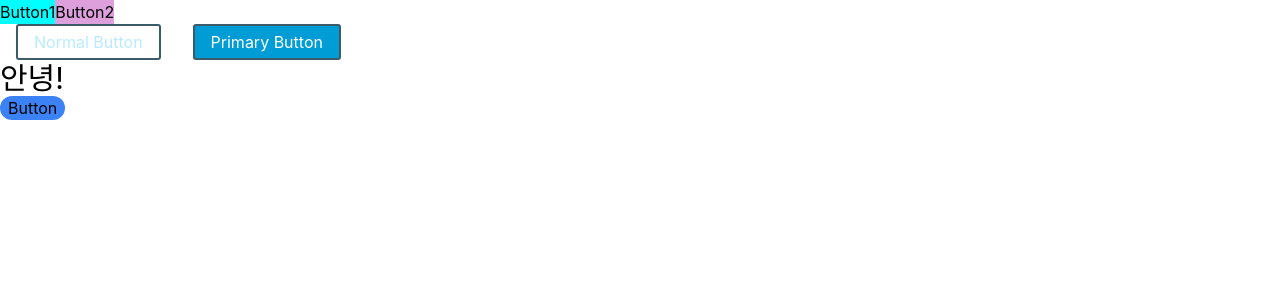
Repository: tjgus22/example-css
Page: /
These files come from the project's save history. The page is drawn as it stood at one moment and after the next save; the edit follows.
The browser window is 1280 px wide. The pictures show the whole page.
The project was rebuilt for these pictures with package versions that can differ from the ones it lists, and the page was loaded fresh each time. Also part of the build but not shown: src/App.css.

Above is the page before, as saved 2023-12-24 21:56:08.

### src/App.js
import './App.css';
import Button1 from './components/Button1';
import Button2 from './components/Button2';
import StyledComponent from './StyledComponent';
import TailwindComponent from './TailwindComponent';

function App() {
  return (
    <>
      <Button1 />
      <Button2 />
      <StyledComponent />
      <TailwindComponent />
    </>
  );
}

export default App;

### src/components/Button1.jsx
import React from 'react';
import styles from './Button1.module.css';

export default function Button1() {
  return <button className={styles.button}>Button1</button>;
}

### src/components/Button2.jsx
import React from 'react';
import styles from './Button2.module.css';

export default function Button2() {
  return <button className={styles.button}>Button2</button>;
}

### src/StyledComponent.jsx
import React from 'react';
import styled, { css } from 'styled-components';

const Container = styled.div`
  display: flex;
`;

const Button = styled.button`
  background: transparent;
  border-radius: 3px;
  border: 2px solid #3c5b69;
  color: #b9eaff;
  margin: 0 1em;
  padding: 0.25em 1em;
  ${(props) =>
    props.primary &&
    css`
      background: #009cd5;
      color: white;
    `};
`;

export default function StyledComponent() {
  return (
    <Container>
      <Button>Normal Button</Button>
      <Button primary>Primary Button</Button>
    </Container>
  );
}

### src/TailwindComponent.jsx
import React from 'react';

export default function TailwindComponent() {
  return (
    <div>
      <h1 className='text-3xl'>안녕!</h1>
      <button className='bg-blue-500 rounded-xl px-2'>Button</button>
    </div>
  );
}

### src/components/Button1.module.css
.button {
  background-color: aqua;
}

### src/components/Button2.module.css
.button {
  background-color: plum;
}

Loaded but not shown: public/index.html (common file); src/index.js (common file); src/index.css (common file); src/reportWebVitals.js (common file); tailwind.config.js (common file)

After the next save:
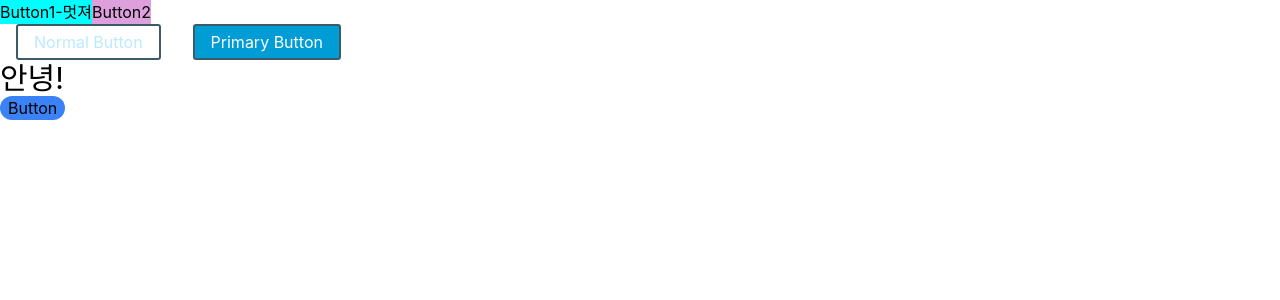
Saved 2 h 23 min later.
--- a/src/components/Button1.jsx
+++ b/src/components/Button1.jsx
@@ -2,5 +2,5 @@ import React from 'react';
 import styles from './Button1.module.css';
 
 export default function Button1() {
-  return <button className={styles.button}>Button1</button>;
+  return <button className={styles.button}>Button1-멋져</button>;
 }
